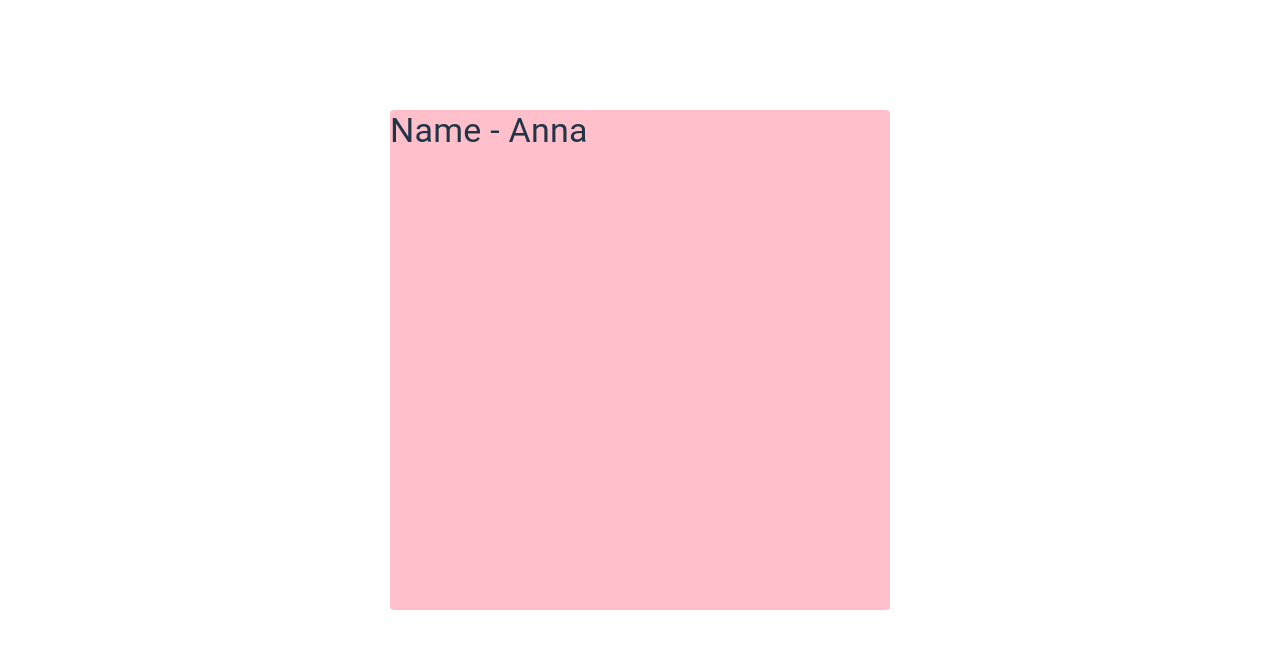
Repository: savannaaaas/props
Page: /
The author's editor kept a copy of each file at every save. The page is drawn from the files as they stood at one save, then again after the next save.
The browser window is 1280 px wide. The pictures show the whole page.
The project was rebuilt for these pictures with package versions that can differ from the ones it lists, and the page was loaded fresh each time. Also part of the build but not shown: vite.config.js.

Above is the page before, as saved 2025-07-07 23:40:20.

### src/App.jsx
import "./App.css";
import Box from "@mui/material/Box";
import { Person } from "./components/Person";
/**1. Создать 6 любых компонент.
2. В компоненты передать props следующих типов данных:
number
string
boolean
object
function
array
3. Использовать в компонентах каждый prop.
4. Сделать деструктуризацию props. */
function App() {
  return (
    <Box
      sx={{
        width: 500,
        height: 500,
        borderRadius: 1,
        bgcolor: "pink",
      }}
    >
      <Person name={"Anna"} />
    </Box>
  );
}

export default App;

### src/components/Person.jsx
import Typography from "@mui/material/Typography";
export const Person = ({ name }) => {
  return (
    <Typography variant="h4" align="left">
      Name - {name}
    </Typography>
  );
};

Loaded but not shown: index.html (common file); src/main.jsx (common file); src/index.css (common file); src/App.css (common file)

After the next save:
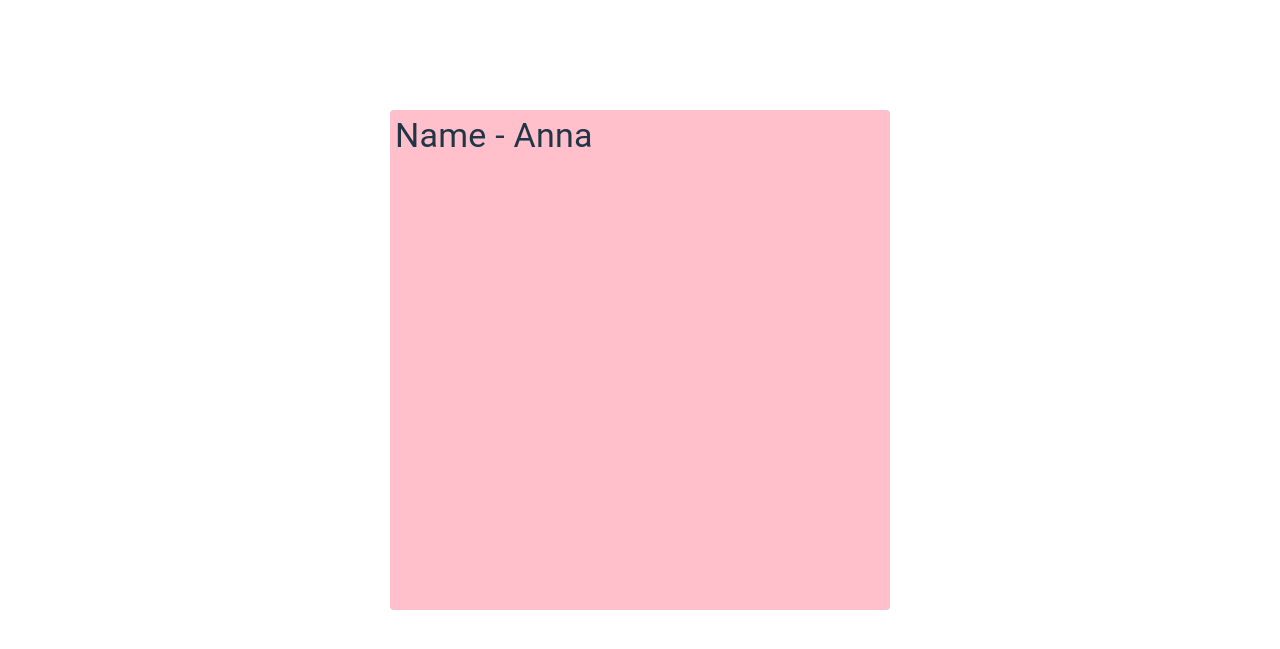
Saved 33 s later.
--- a/src/components/Person.jsx
+++ b/src/components/Person.jsx
@@ -1,7 +1,7 @@
 import Typography from "@mui/material/Typography";
 export const Person = ({ name }) => {
   return (
-    <Typography variant="h4" align="left">
+    <Typography variant="h4" align="left" style={{ padding: "5px" }}>
       Name - {name}
     </Typography>
   );
